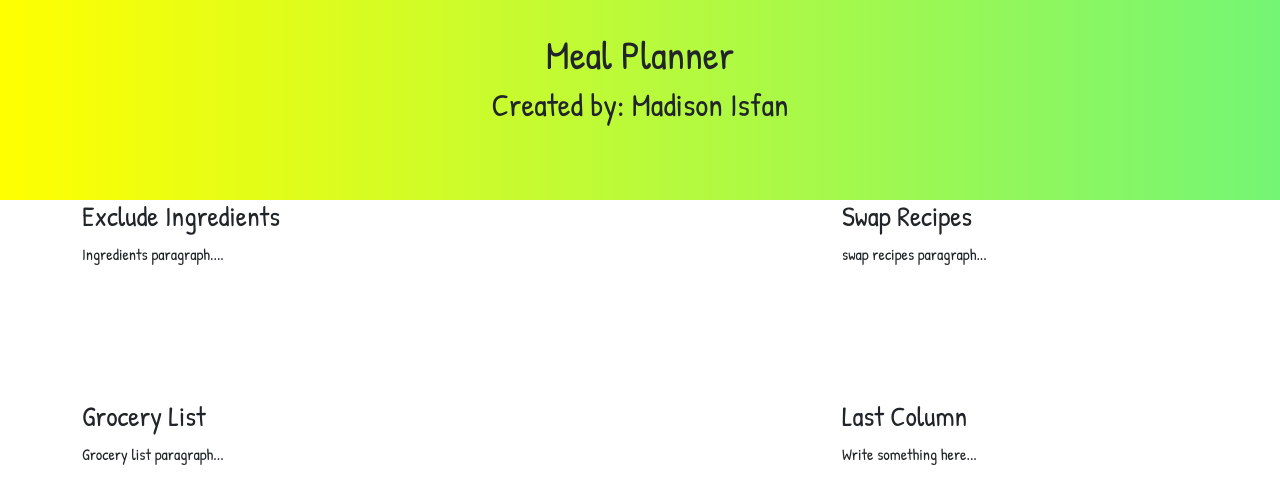
Repository: madisonisfan/Meal-Planner
Page: index.html
These files come from the project's save history. The page is drawn as it stood at one moment and after the next save; the edit follows.
The browser window is 1280 px wide. The pictures show the whole page.
Some web libraries are served in a nearby version.

Above is the page before, as saved 2021-02-17 16:54:28.

After the next save:
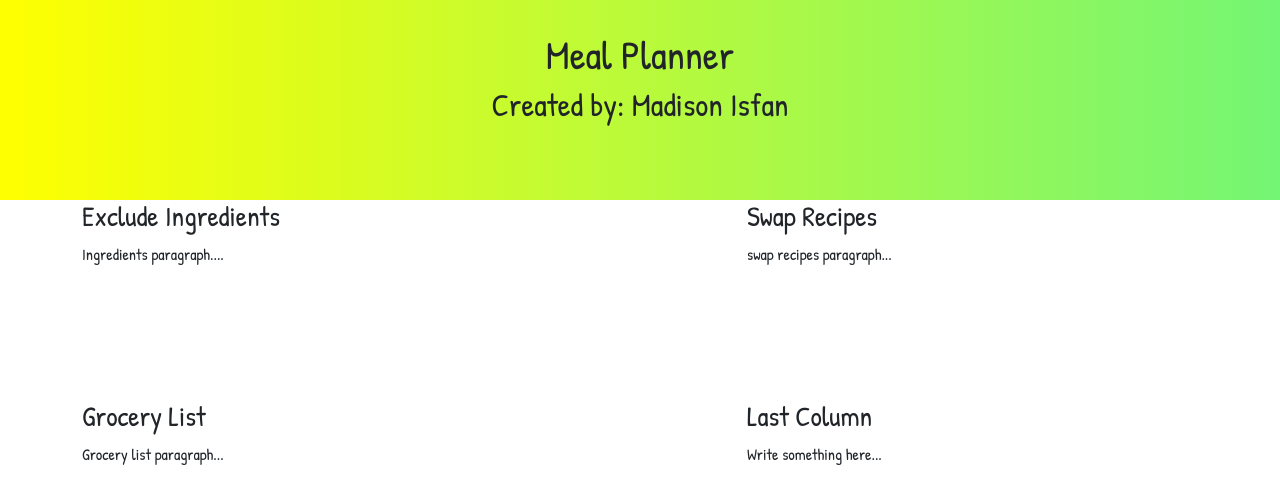
Saved 78 s later.
--- a/index.html
+++ b/index.html
@@ -27,22 +27,22 @@
 
     <div class="container ">
         <div class="row row-content justify-content-between">
-            <div class="col-4">
+            <div class="col-5">
                 <h3>Exclude Ingredients</h3>
                 <p>Ingredients paragraph....</p>
             </div>
-            <div class="col-4">
+            <div class="col-5">
                 <h3>Swap Recipes</h3>
                 <p>swap recipes paragraph...</p>
             </div>
         </div>
 
         <div class="row row-content justify-content-between">
-            <div class="col-4">
+            <div class="col-5">
                 <h3>Grocery List</h3>
                 <p>Grocery list paragraph...</p>
             </div>
-            <div class="col-4">
+            <div class="col-5">
                 <h3>Last Column</h3>
                 <p>Write something here...</p>
             </div>
